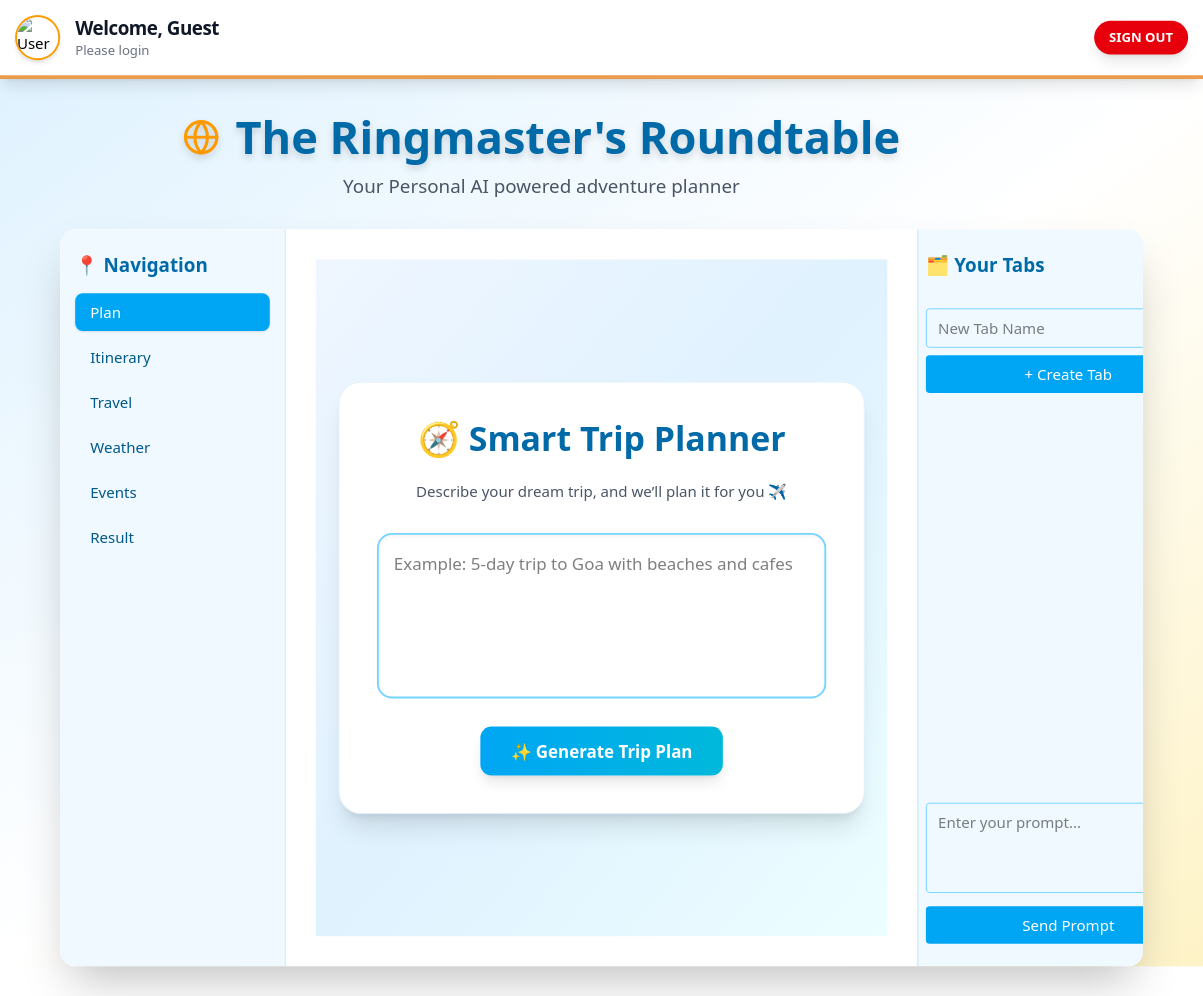
Repository: vega2006/The-Ringmaster-s-Roundtable
Page: /prompt (app in client/)
These files come from the project's save history. The page is drawn as it stood at one moment and after a run of saves; the edit follows.
The browser window is 1280 px wide. The pictures show the whole page, at 94% of full size.
The page's requests for data from a server got no answer. The project was rebuilt for these pictures with package versions that can differ from the ones it lists, and the page was loaded fresh each time. No one was signed in, and anything a server would have sent is missing. Also part of the build but not shown: client/vite.config.js, client/src/components/GoogleLogin.jsx, client/src/components/NotFound.jsx, client/src/components/Sidebar.jsx, client/src/components/PlanInput.jsx, client/src/components/WeatherContent.jsx, client/src/components/TravelContent.jsx, client/src/components/ItineraryContent.jsx and 8 more.

Above is the page before, as saved 2025-10-09 17:22:09.

After the next 2 saves:
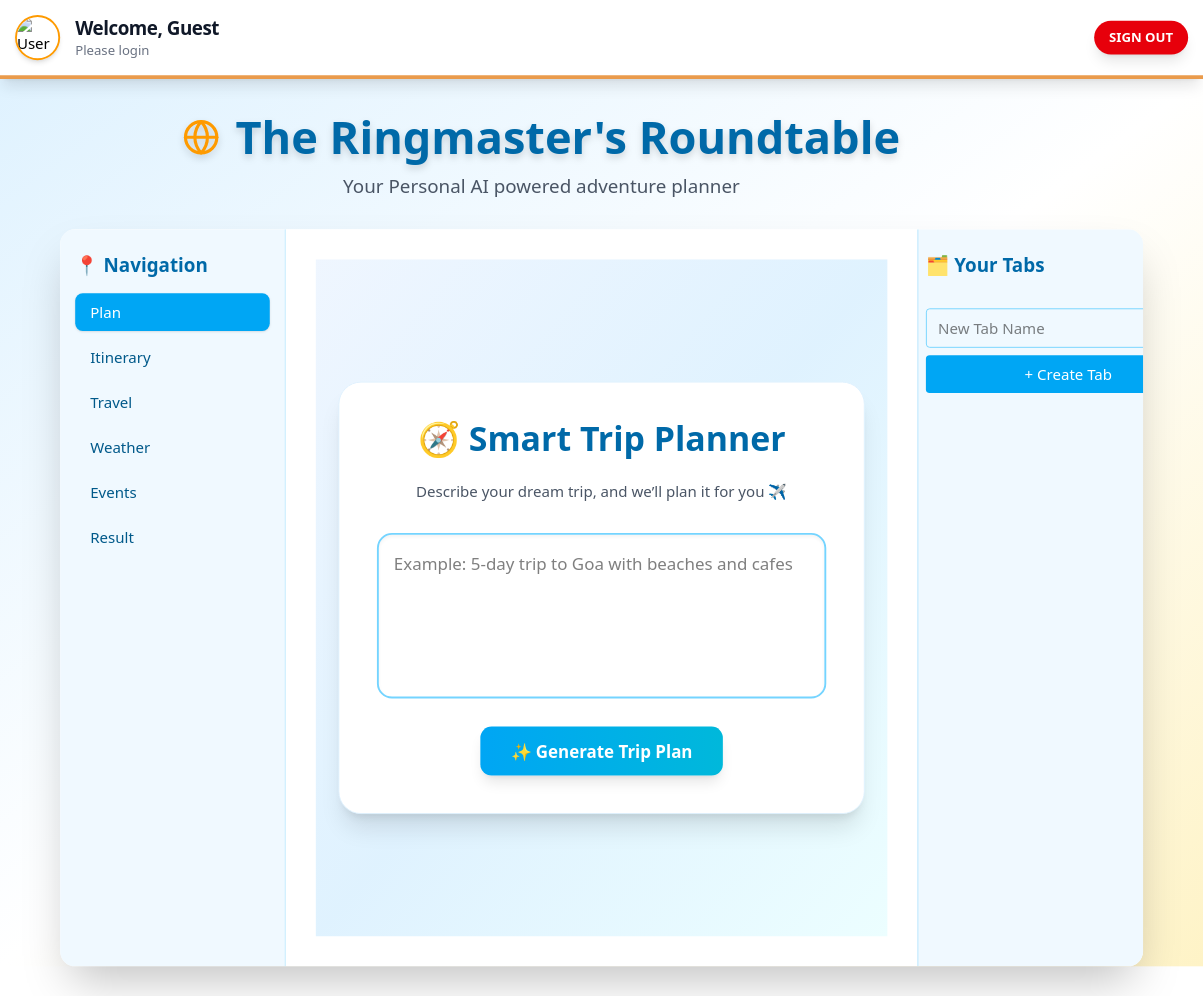
The 2 saves are shown as one change because 1 did not build or start.
The last was saved 70 s later.
--- a/client/src/components/TabBar.jsx
+++ b/client/src/components/TabBar.jsx
@@ -90,22 +90,6 @@ export default function RightSidebar({ userId }) {
           + Create Tab
         </button>
       </div>
-
-      {/* Prompt Input */}
-      <div className="mt-auto">
-        <textarea
-          placeholder="Enter your prompt..."
-          value={prompt}
-          onChange={(e) => setPrompt(e.target.value)}
-          className="w-full h-24 px-3 py-2 rounded border border-sky-300 focus:outline-none focus:ring-2 focus:ring-sky-400 mb-2 resize-none"
-        />
-        <button
-          onClick={handleSendPrompt}
-          className="w-full px-4 py-2 bg-sky-500 text-white rounded hover:bg-sky-600 transition"
-        >
-          Send Prompt
-        </button>
-      </div>
     </aside>
   );
 }
